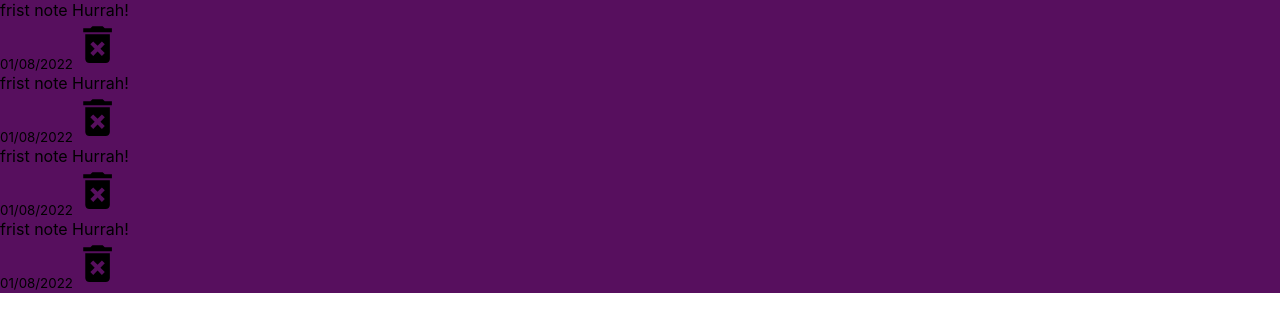
Repository: DeraBola/react-notes-app
Page: /
The author's editor kept a copy of each file at every save. The page is drawn from the files as they stood at one save, then again after the next save.
The browser window is 1280 px wide. The pictures show the whole page.
The project was rebuilt for these pictures with package versions that can differ from the ones it lists, and the page was loaded fresh each time.

Above is the page before, as saved 2022-08-01 08:23:33.

### src/index.js
import React from 'react';
import ReactDOM from 'react-dom/client';
import './index.css';
import App from './App';


const root = ReactDOM.createRoot(document.getElementById('root'));
root.render(
  <React.StrictMode>
    <App />
  </React.StrictMode>
);

### src/index.css
body {
    margin: 0;
    font-family: -apple-system, BlinkMacSystemFont, 'Segoe UI', 'Roboto', 'Oxygen', 'Ubuntu', 'Cantarell', 'Fira Sans', 'Droid Sans', 'Helvetica Neue', sans-serif;
    -webkit-font-smoothing: antialiased;
    -moz-osx-font-smoothing: grayscale;
}

code {
    font-family: source-code-pro, Menlo, Monaco, Consolas, 'Courier New', monospace;
}

.note {
    background-color: #570f5e;
}

### src/App.js
import NotesList from './components/NotesList';

 const App = () =>{
   return(
    <div className="container" >
      <NotesList />
    </div>
   )
 }

 export default App;

### src/components/NotesList.js
import Note from './Note';

const NotesList  = () => {
return(
    <div className='notes-list'>
        <Note />
        <Note />
        <Note />
        <Note />
    </div>
);
};

export default NotesList;

### src/components/Note.js

import { MdDeleteForever } from 'react-icons/md'

const Note  = () => {
    return(
        <div className='note'>
             <span>frist note Hurrah!</span>
             <div className="note-footer">
                <small>01/08/2022</small>
                <MdDeleteForever className='delete-icon' size='1.3cm' />
             </div>
        </div>
    );
    };

    export default Note;

Loaded but not shown: public/index.html (common file)

After the next save:
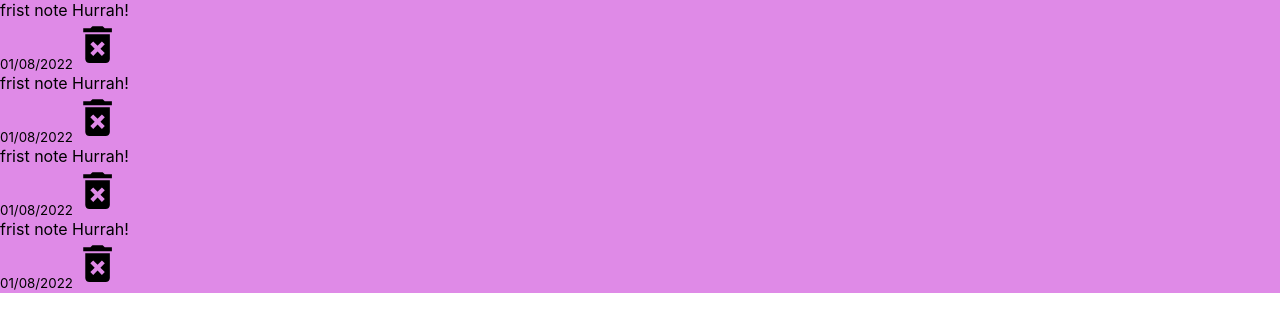
Saved 13 s later.
--- a/src/index.css
+++ b/src/index.css
@@ -10,5 +10,5 @@ code {
 }
 
 .note {
-    background-color: #570f5e;
+    background-color: #df8ae7;
 }
